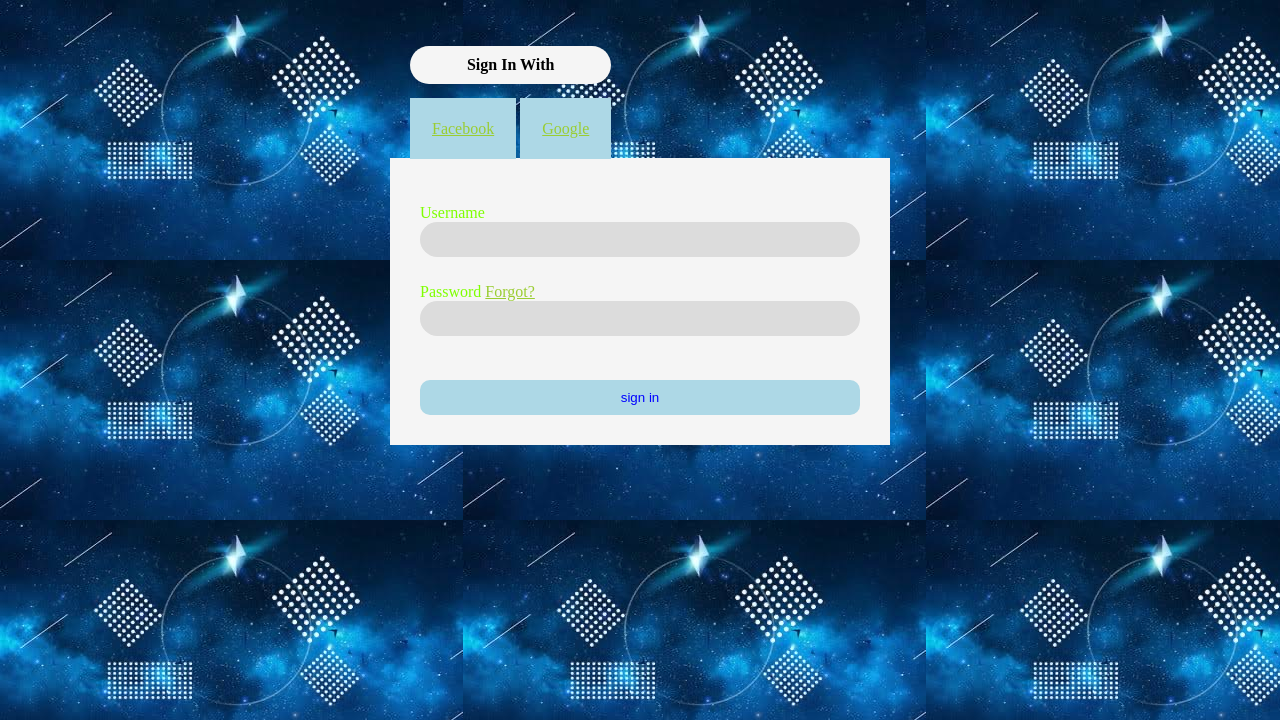
Repository: Tobby004/bdc-assignment-2
Page: index.html
An editor plug-in stored every save of this project. The page is shown before and after the next save, followed by the edit.
The browser window is 1280 px wide. The pictures show the whole page.

Above is the page before, as saved 2023-02-11 08:17:22.

### index.html
<!DOCTYPE html>
<html lang="en">
<head>
    <meta charset="UTF-8">
    <meta http-equiv="X-UA-Compatible" content="IE=edge">
    <meta name="viewport" content="width=<device-width>, initial-scale=1.0">
    <title>Document</title>
    <link rel="stylesheet" href="task.css">
</head>
<body>
    <header>
    <div class="box-container">
        <div class="box1">
        <br>
            <b>
             Sign In With
            </b>
        <br>
        <br>
        <a href="#">
            Facebook</a>
            <a href="#">
                Google
            </a>
        </div>
            </div>
        </header>


        <div class="form-input">
        <p>Username
            <br>
            <input type="text" placeholder="" />
        </p>
         <p>Password
            <a href="#">Forgot?</a>
            <br>
            <input type="password" />
         </p>
         <br>
         <button>sign in</button>
        </div>


</body>
</html>

### task.css
*{
    box-sizing:border-box;
}
header{

    display: flex;
    padding: 20px;
    max-width: 500px;
    margin-left: auto;
    margin-right: auto;
    border: none;
}
body{
    background-image: url(image/IMG100.JPG)
}
header b {
    background-color:whitesmoke ;
    display: flex;
    padding: 10px;
    border-radius: 40px;
    margin-right: auto;
    margin-left: auto;
    max-width: 500px;
    justify-content: center;
}
header a {
    display: flexbox;
    padding: 22px;
    background-color: lightblue;
    width: 100%;
    max-width: 100px;
}
.form-input{
    display: block;
    max-width: 500px;
    background-color: whitesmoke;
    border-top: 20px;
    padding: 30px;
    color: chartreuse;
    margin-left: auto;
    margin-right: auto;
}

input {
    background-color: gainsboro;
    display: flexbox;
    padding: 10px;
    width: 100%;
    border: none;
    border-radius: 30px;
    margin-bottom: 10px;
}
button {
    display: block;
    padding: 10px;
    width: 100%;
    border: none;
    color: blue;
    border-radius: 10px;
    background: lightblue;
}
div a {
    color: yellowgreen;
}
footer {
    padding-inline-start: 40px;
    color: chartreuse;
    display: block;
    max-width: 500px;
    justify-content: center
}

After the next save:
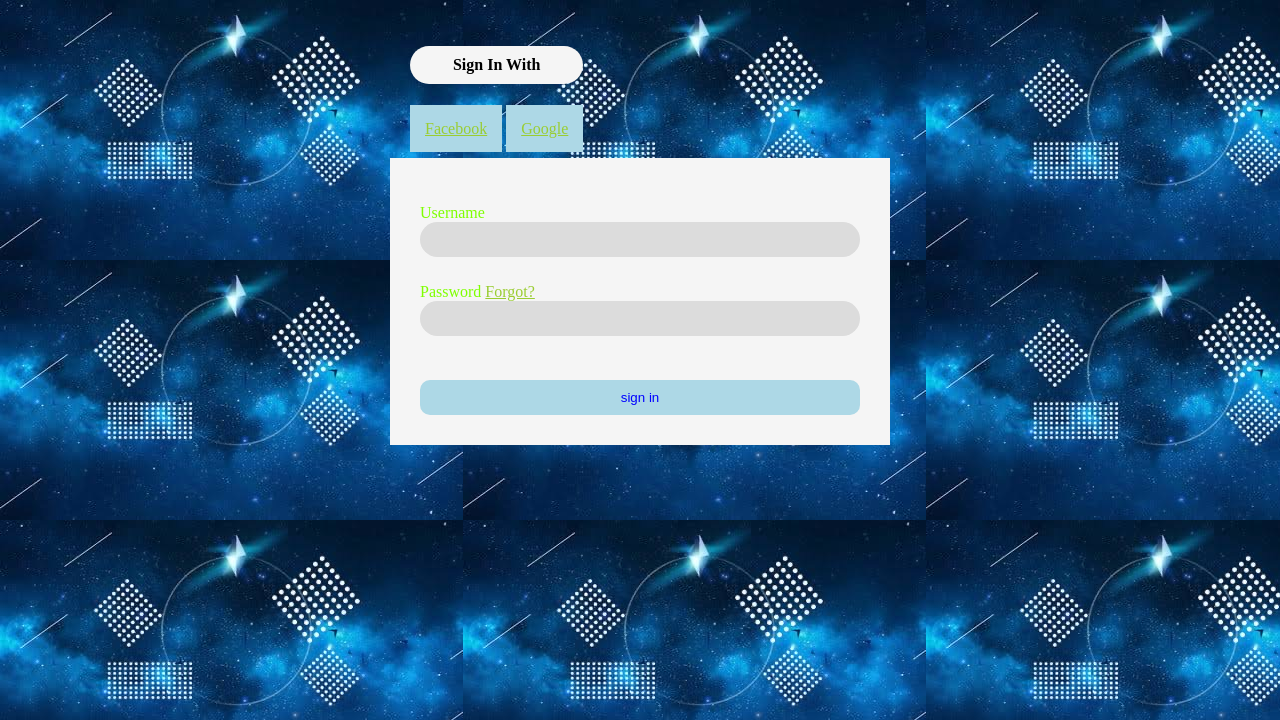
Saved 2 min 57 s later.
--- a/task.css
+++ b/task.css
@@ -25,7 +25,8 @@ header b {
 }
 header a {
     display: flexbox;
-    padding: 22px;
+    padding: 15px;
+    color: blue;
     background-color: lightblue;
     width: 100%;
     max-width: 100px;
@@ -34,7 +35,6 @@ header a {
     display: block;
     max-width: 500px;
     background-color: whitesmoke;
-    border-top: 20px;
     padding: 30px;
     color: chartreuse;
     margin-left: auto;
